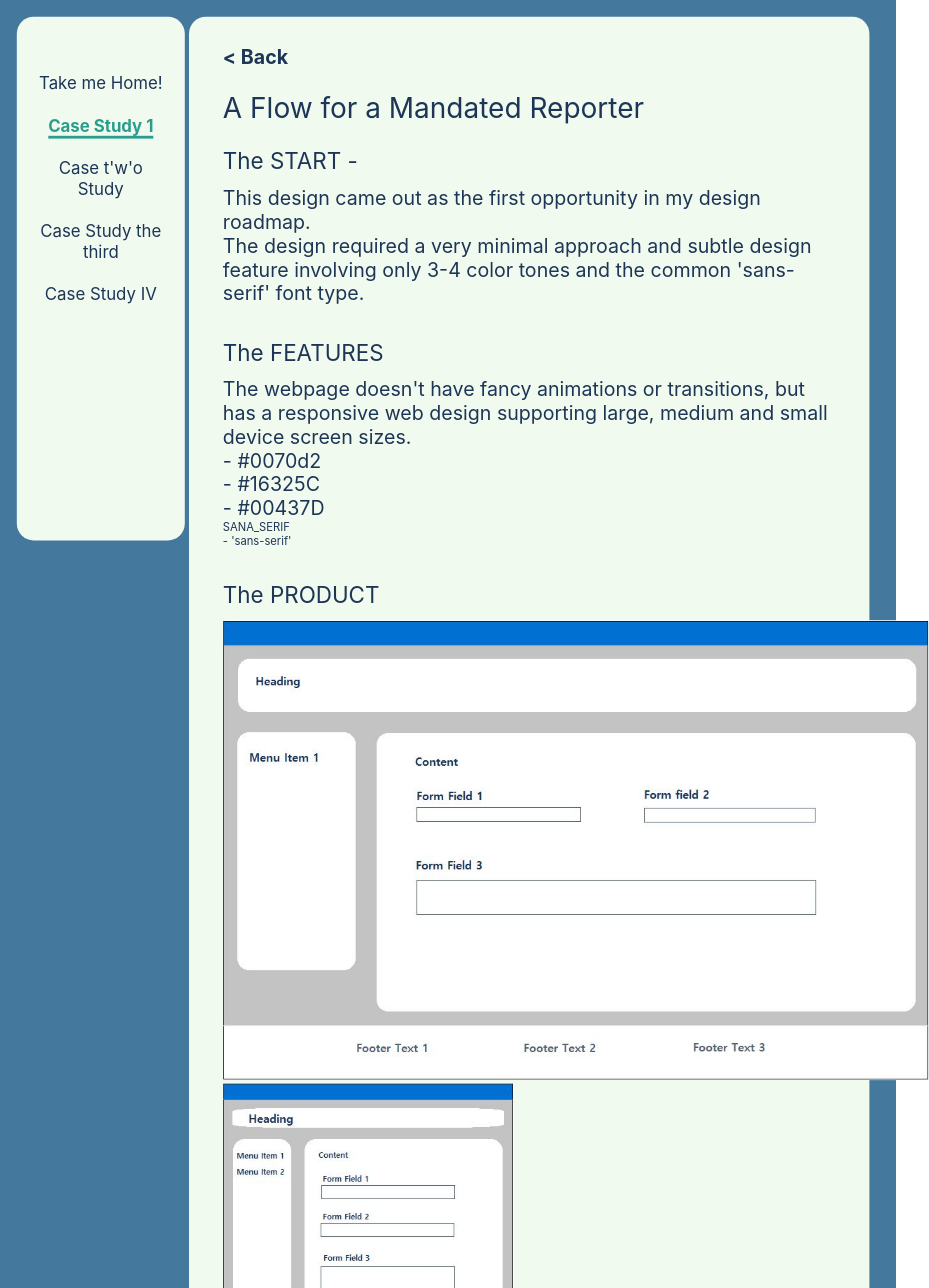
Repository: niranjangp/portfolioReact
Page: /cs-one
An editor plug-in stored every save of this project. The page is shown before and after the next save, followed by the edit.
The browser window is 1280 px wide. The page is 1327 px wide, so the pictures cover 1327 px, including what lies to the right of the window. The pictures show the part of the page from y = 0 to 1840 px (the page is 2944 px tall before and 2974 px after), at 70% of full size.
The project was rebuilt for these pictures with package versions that can differ from the ones it lists, and the page was loaded fresh each time. Also part of the build but not shown: src/pages/enterDesign.jsx, src/pages/notFound.jsx.

Above is the page before, as saved 2022-02-01 03:51:44.

After the next save:
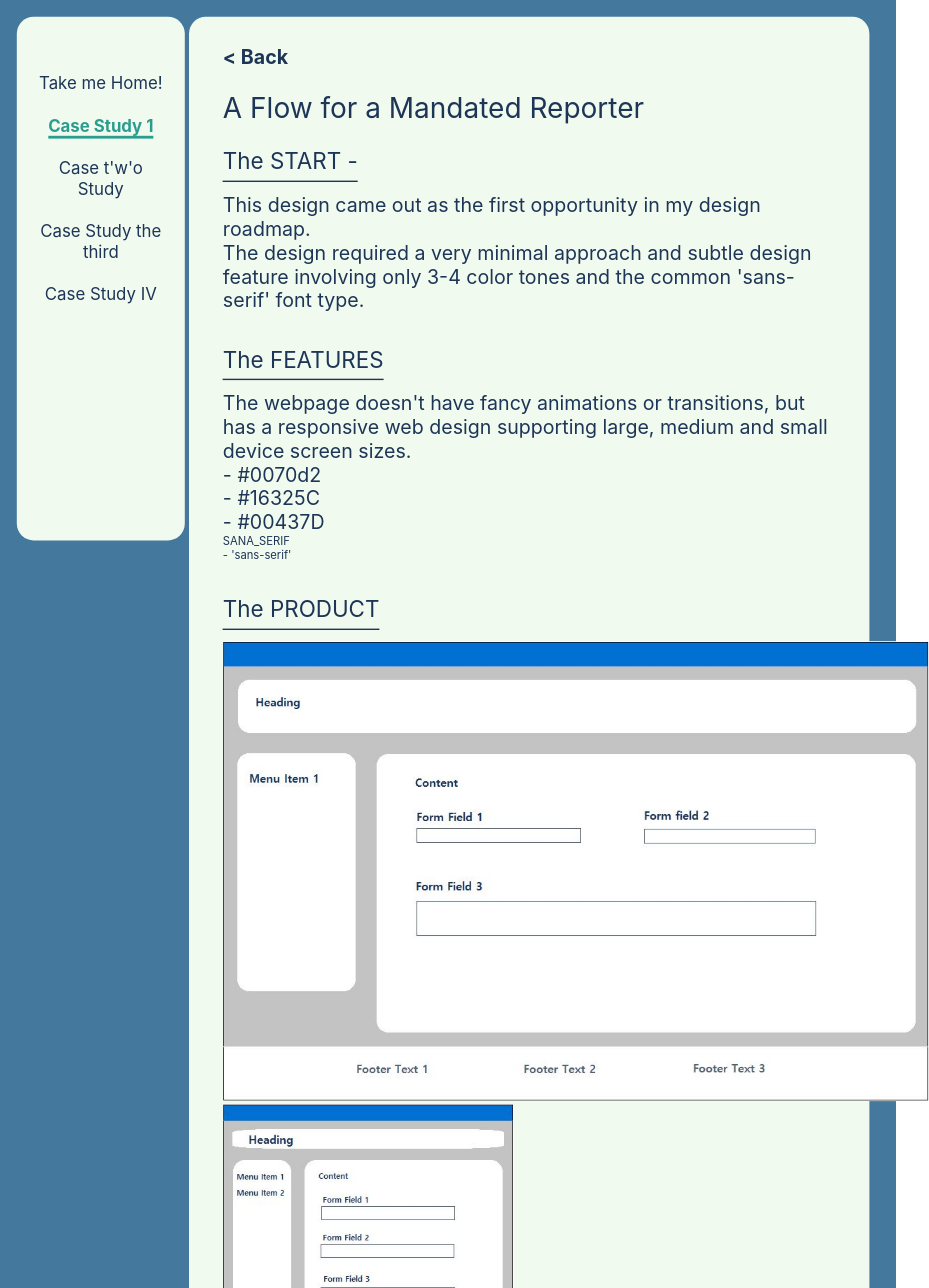
Saved 8 min 26 s later.
--- a/src/App.css
+++ b/src/App.css
@@ -207,7 +207,10 @@ footer {
 
 .csOneH {
   font-size: 32px;
-  padding-bottom: 16px;
+  padding-bottom: 8px;
+  border-bottom: 2px solid #1d3557;
+  margin-bottom: 16px;
+  display: inline-block;
 }
 
 .csOneC {
@@ -218,19 +221,23 @@ footer {
   padding-bottom: 48px;
 }
 
+.clrp {
+  width: 100px;
+  height: 40px;
+  border-top-right-radius: 20px;
+  border-bottom-right-radius: 20px;
+}
+
 .fir {
-  width: 40px;
-  color: #0070D2;
+  background-color: #0070D2;
 }
 
 .sec {
-  width: 40px;
-  color: #16325C;
+  background-color: #16325C;
 }
 
 .thi {
-  width: 40px;
-  color: #526173;
+  background-color: #526173;
 }
 
 .fou span {
